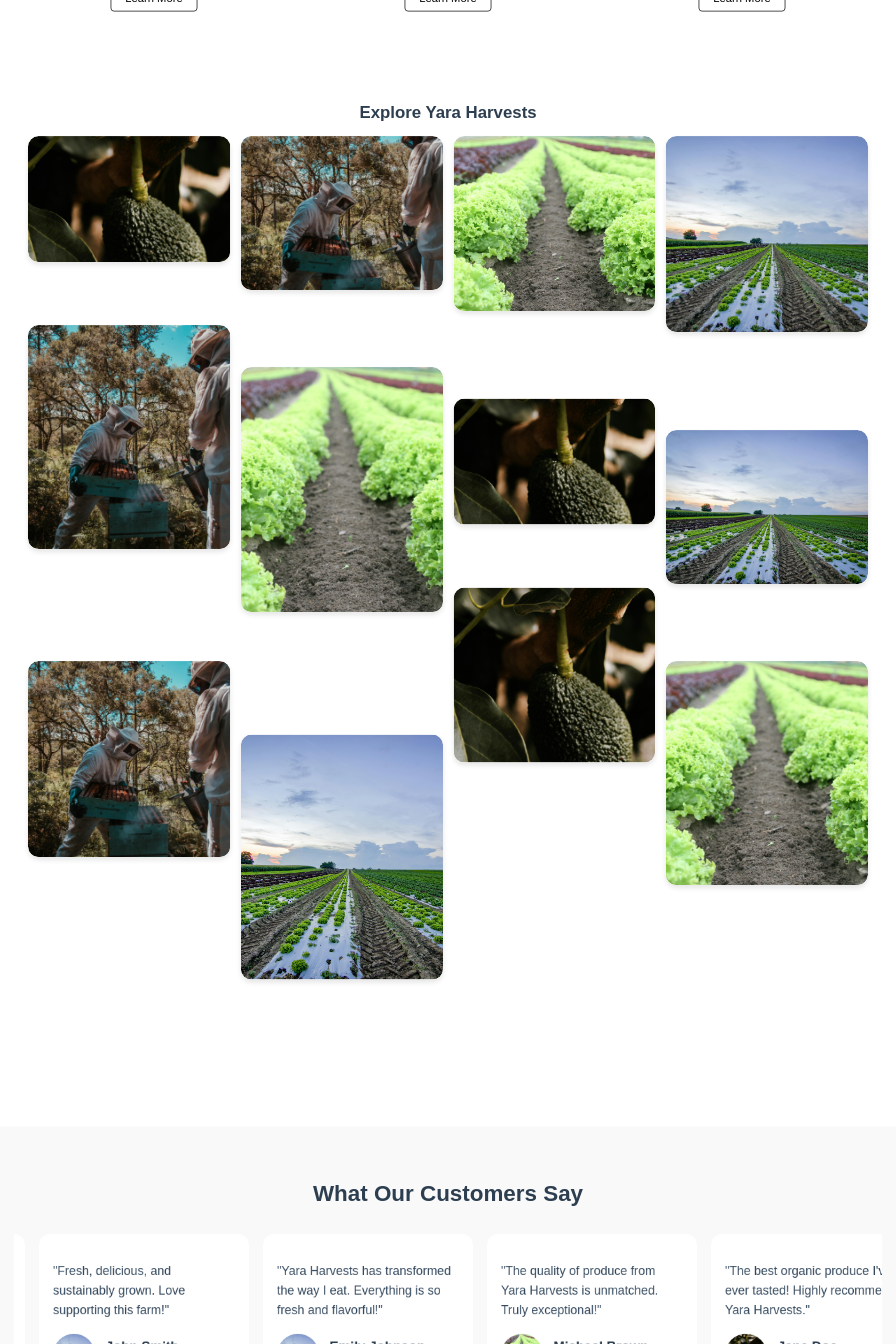
Repository: Kanyi-Manyara/yara-farm
Page: index.html
The author's editor kept a copy of each file at every save. The page is drawn from the files as they stood at one save, then again after the next save.
The browser window is 1280 px wide. The pictures show the part of the page from y = 1299 to 3219 px (the page is 4162 px tall), at 70% of full size.

Above is the page before, as saved 2025-05-11 10:46:08.

After the next save:
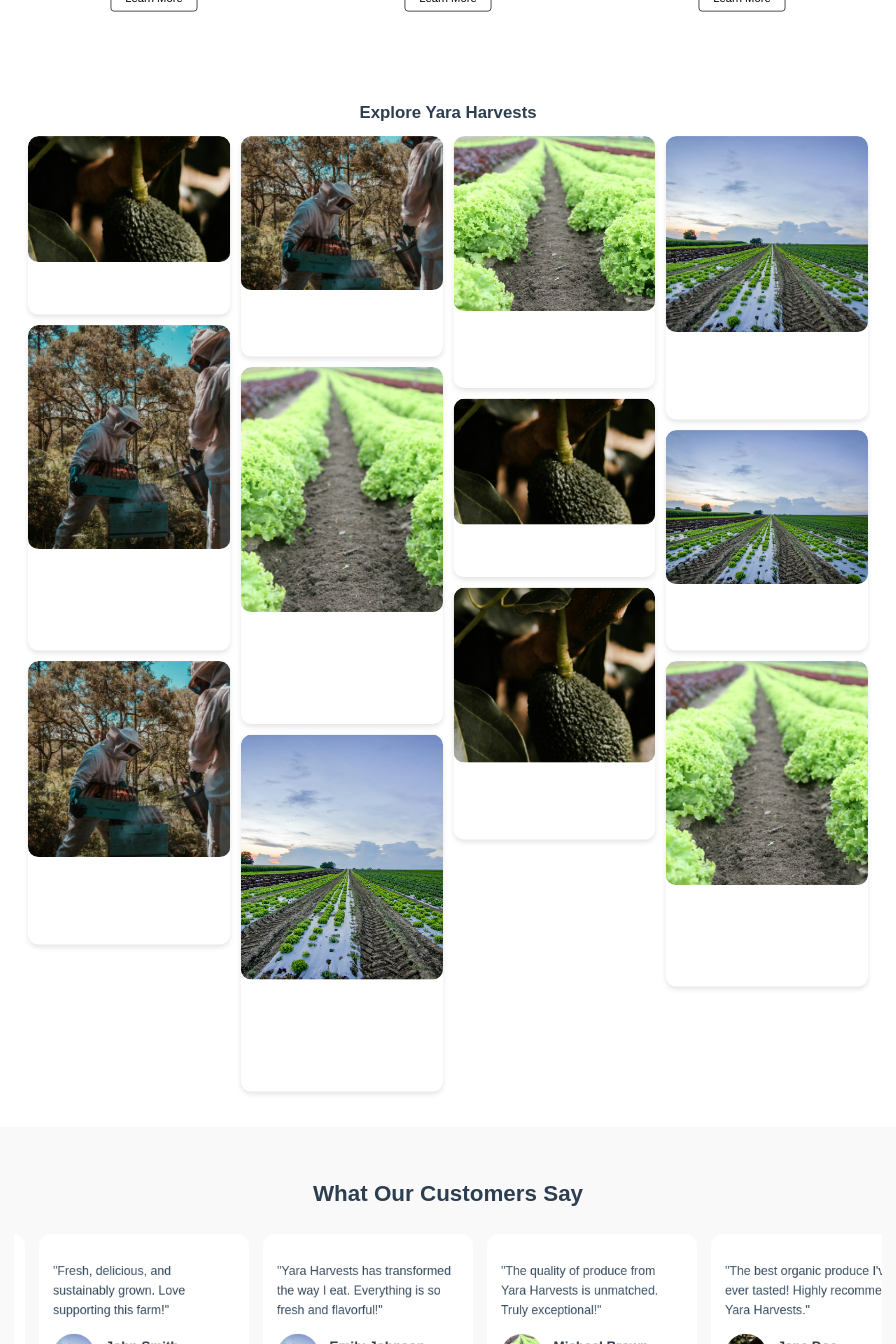
Saved 58 s later.
--- a/style.css
+++ b/style.css
@@ -599,7 +599,7 @@
   border-radius: 15px;
   overflow: hidden;
   transition: transform 0.3s ease;
-  height: fit-content;
+
 }
 
 /* Let images determine their own height */

After the save that followed:
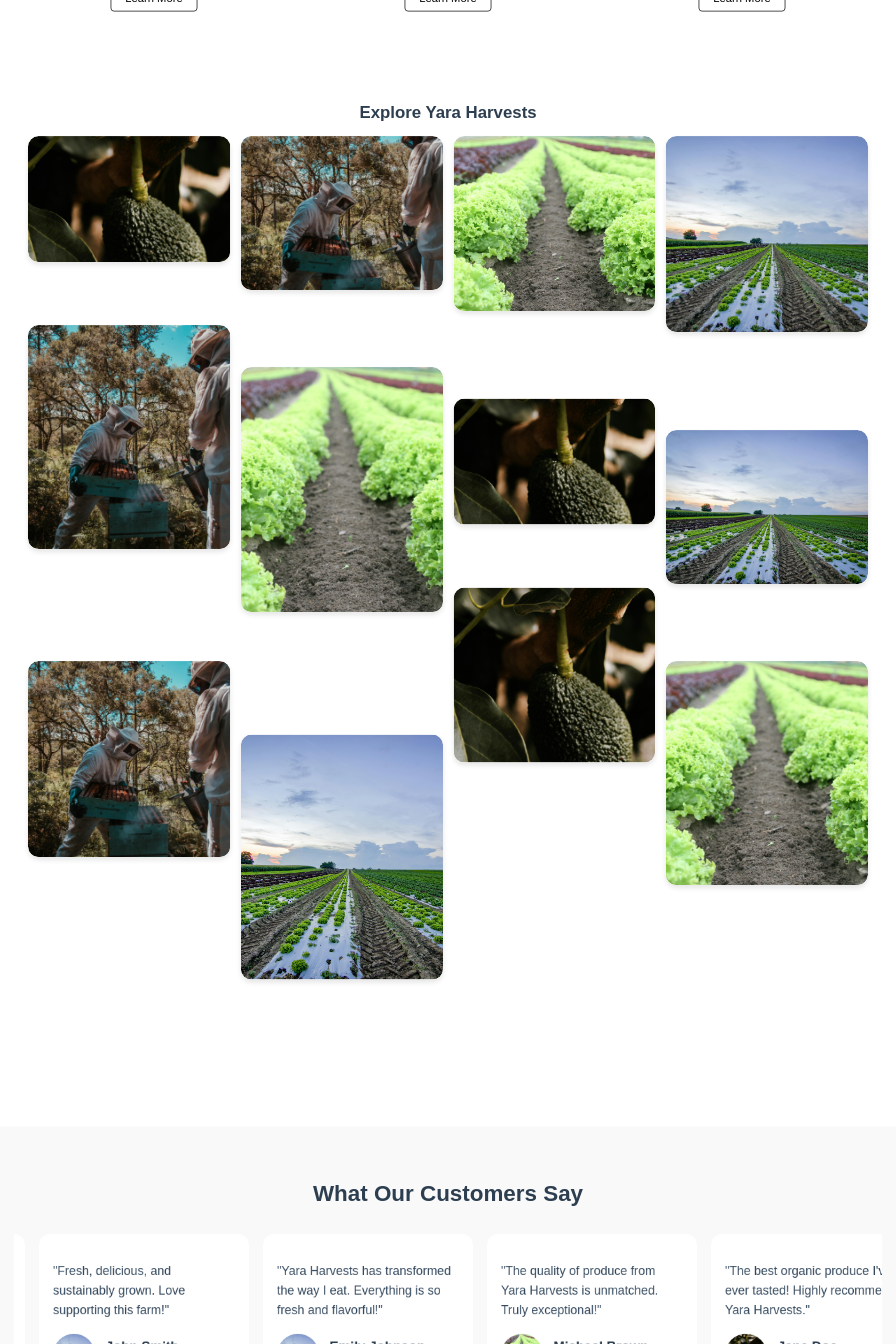
Saved 24 s later.
--- a/style.css
+++ b/style.css
@@ -599,7 +599,7 @@
   border-radius: 15px;
   overflow: hidden;
   transition: transform 0.3s ease;
-
+  height: fit-content;
 }
 
 /* Let images determine their own height */
